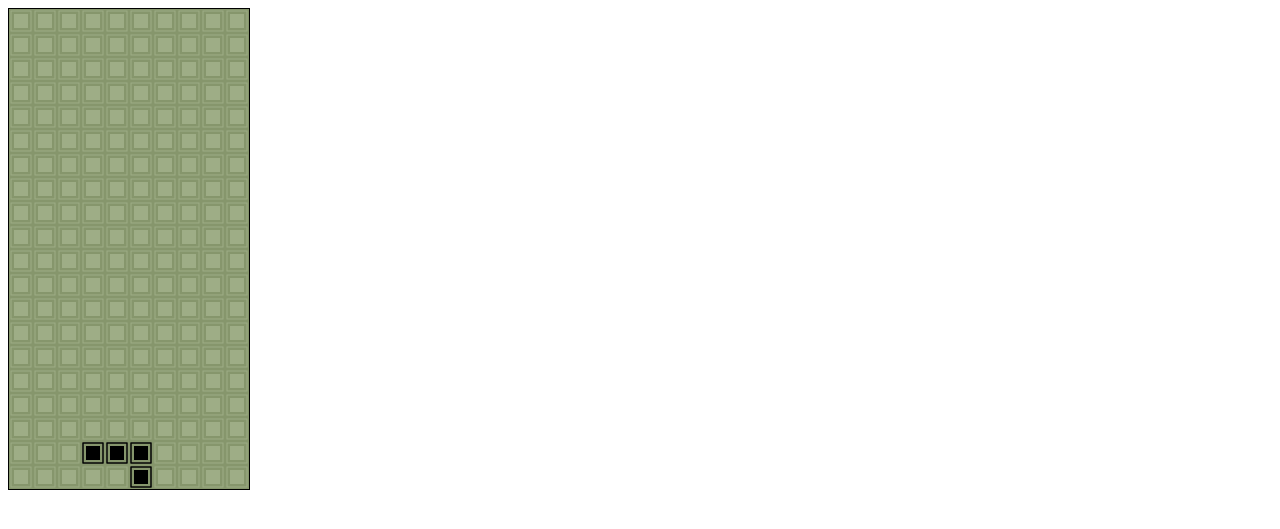
Repository: yzarc204/tetris-web
Page: index.html
These files come from the project's save history. The page is drawn as it stood at one moment and after the next save; the edit follows.
The browser window is 1280 px wide. The pictures show the whole page.

Above is the page before, as saved 2021-09-20 20:41:50.

### index.html
<!DOCTYPE html>
<html lang="en">
<head>
    <meta charset="UTF-8">
    <meta http-equiv="X-UA-Compatible" content="IE=edge">
    <meta name="viewport" content="width=device-width, initial-scale=1.0">
    <title>Tetris</title>
    <style>
        canvas {
            border: 1px solid #000;
        }
    </style>
</head>
<body>
    <script src="js/const.js"></script>
    <script src="js/board.js"></script>
    <script src="js/pixel.js"></script>
    <script src="js/brick.js"></script>
    <script src="js/game.js"></script>
</body>
</html>

### js/const.js
const PIXEL_SIZE = 24;

const B = true;
const _ = false;

const ROW = 20;
const COL = 10;

const GAME_WIDTH = PIXEL_SIZE * COL;
const GAME_HEIGHT = PIXEL_SIZE * ROW;

const GAME_BG_COLOR = '#86966c';
const PIXEL_COLOR = '#000000';
const PIXEL_BG_COLOR = '#9EAD86';

const BRICK_SHAPES = [
    [
        [
            [B, B, B, B]
        ]
    ],
    [
        [B, B, B],
        [_, B, _]
    ],
    [
        [B, B, _],
        [_, B, B]
    ],
    [
        [_, B, B],
        [B, B, _]
    ],
    [
        [B, B, B],
        [_, _, B]
    ],
    [
        [B, B, B],
        [B, _, _]
    ],
    [
        [B, B],
        [B, B]
    ],
];

### js/board.js
class Board
{
    constructor(tetris) {
        this.tetris = tetris;
        this.map = [];
        this.row = ROW;
        this.col = COL;
        this.init();
    }

    init() {
        for (let row = 0; row < this.row; row++) {
            let rowData = [];
            for (let col = 0; col < this.col; col++) {
                rowData.push(_);
            }
            this.map.push(rowData);
        }
    }

    isEmptyCell(row, col) {
        if (row > this.row-1 || col > this.col-1)
           return false;
        return this.map[row][col] == _;
    }

    draw() {
        for (let row = 0; row < this.row; row++) {
            for (let col = 0; col < this.col; col++) {
                let color = PIXEL_BG_COLOR;
                if (this.map[row][col] == B)
                    color = PIXEL_COLOR;
                new Pixel(this.tetris, row, col, color).draw();
            }
        }
    }
};

### js/pixel.js
class Pixel
{
    constructor(tetris, row, col, color) {
        this.tetris = tetris;
        this.row = row;
        this.col = col;
        this.color = color;
        this.size = PIXEL_SIZE;
    }

    addPixelToBoard() {
        this.tetris.board.map[this.row][this.col] = B;
    }

    isHitLeft() {
        return this.col == 0;
    }

    canMoveLeft() {
        if (this.isHitLeft())
            return false;
        if (!this.tetris.board.isEmptyCell(this.row, this.col-1))
            return false;
        return true;
    }

    moveLeft() {
        if (this.canMoveLeft())
            this.col--;
    }

    isHitRight() {
        return this.col == COL - 1;
    }

    canMoveRight() {
        if (this.isHitRight())
            return false;
        if (!this.tetris.board.isEmptyCell(this.row, this.col+1))
            return false;
        return true;
    }

    moveRight() {
        if (this.canMoveRight())
            this.col++;
    }

    isHitBottom() {
        return this.row == ROW-1;
    }

    canFall() {
        if (this.isHitBottom())
            return false;
        if (!this.tetris.board.isEmptyCell(this.row+1, this.col))
            return false;
        return true;
    }

    fall() {
        if (this.canFall())
            this.row++;
        else
            this.addPixelToBoard();
    }

    draw() {
        const x = this.row * this.size;
        const y = this.col * this.size;
        // Set color
        this.tetris.ctx.fillStyle = this.color;
        this.tetris.ctx.strokeStyle = this.color;
        this.tetris.ctx.lineWidth = 1;
        // Draw outline
        this.tetris.ctx.strokeRect(y+2, x+2, this.size-4, this.size-4);
        // Draw area
        this.tetris.ctx.fillRect(y+5, x+5, this.size-10, this.size-10, this.color);
    }
};

### js/brick.js
class Brick {
    constructor(tetris, row, col, shape) {
        this.tetris = tetris;
        this.row = row;
        this.col = col;
        this.map = BRICK_SHAPES[shape];
        this.pixels = [];
        this.color = PIXEL_COLOR;
        this.init();
    }

    init() {
        for (let row = 0; row < this.map.length; row++) {
            for (let col = 0; col < this.map[0].length; col++) {
                if (this.map[row][col] == B) {
                    let newPixel = new Pixel(this.tetris, this.row+row, this.col+col, PIXEL_COLOR);
                    this.pixels.push(newPixel);
                }
            }
        }
    }

    canFall() {
        let doesCanFall = true;
        this.pixels.forEach(pixel => {
            if (!pixel.canFall())
                doesCanFall = false;
        })
        return doesCanFall;
    }

    fall() {
        if (this.canFall()) {
            this.row++;
            this.pixels.forEach(pixel => pixel.fall());
        }
    }

    update() {
        this.fall();
    }

    draw() {
        this.pixels.forEach(pixel => pixel.draw());
    }
};

### js/game.js
class Tetris {
    constructor() {
        this.cvs = null;
        this.ctx = null;
        this.board = null;
        this.brick = null;
        this.score = 0;
        this.init();
        this.startGame();
        this.gameLoop = setInterval(() => this.loop(), 333);
    }

    init() {
        // Create canvas
        this.cvs = document.createElement('canvas');
        this.cvs.width = GAME_WIDTH;
        this.cvs.height = GAME_HEIGHT;
        document.body.appendChild(this.cvs);

        this.ctx = this.cvs.getContext('2d');
    }

    startGame() {
        this.board = new Board(this);
        this.brick = new Brick(this, 4, 3, 4);
        this.brick1 = new Brick(this, 6, 3, 4);
        // this.pixel = new Pixel(this, 0, 4, PIXEL_COLOR);
        // this.pixel2 = new Pixel(this, 3, 4, PIXEL_COLOR);
    }

    clrscr() {
        this.ctx.fillStyle = GAME_BG_COLOR;
        this.ctx.fillRect(0, 0, GAME_WIDTH, GAME_HEIGHT);
    }

    loop() {
        this.clrscr();
        this.update();
        this.draw();
    }

    update() {
        // this.pixel.fall();
        // this.pixel2.fall();
        this.brick.update();
        this.brick1.update();
    }

    draw() {
        this.board.draw();
        this.brick.draw();
        this.brick1.draw();
        // this.pixel.draw();
        // this.pixel2.draw();
    }
};

const tetris = new Tetris();

After the next save:
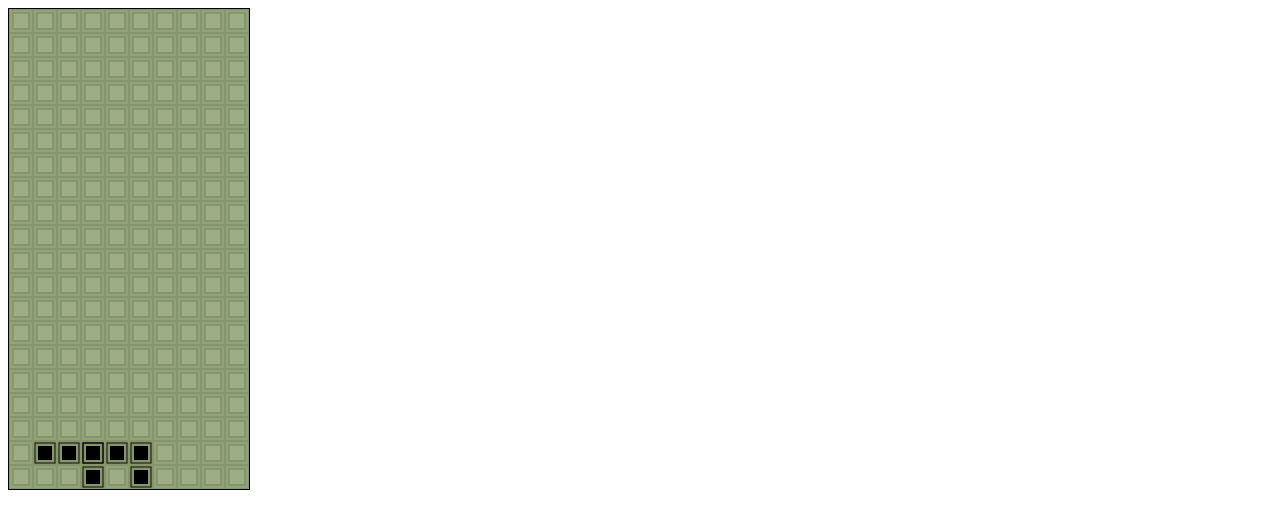
Saved 5 s later.
--- a/js/game.js
+++ b/js/game.js
@@ -23,7 +23,7 @@ class Tetris {
     startGame() {
         this.board = new Board(this);
         this.brick = new Brick(this, 4, 3, 4);
-        this.brick1 = new Brick(this, 6, 3, 4);
+        this.brick1 = new Brick(this, 6, 1, 4);
         // this.pixel = new Pixel(this, 0, 4, PIXEL_COLOR);
         // this.pixel2 = new Pixel(this, 3, 4, PIXEL_COLOR);
     }
